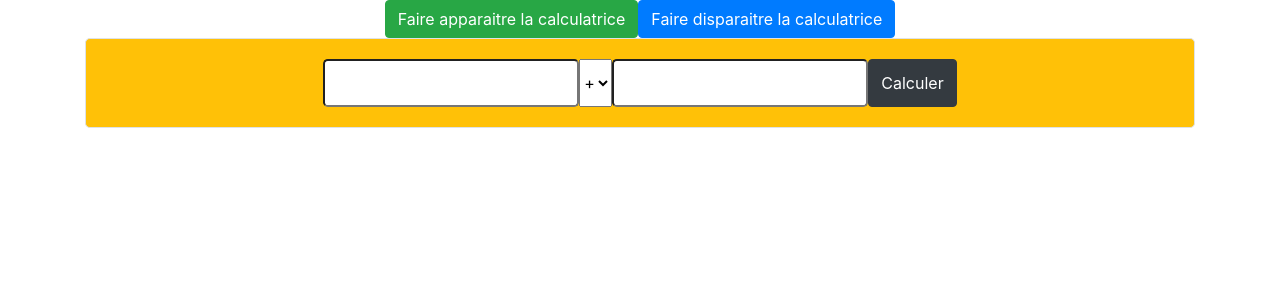
Repository: julieLyM/calculatrice
Page: calculatrice.html
The author's editor kept a copy of each file at every save. The page is drawn from the files as they stood at one save, then again after the next save.
The browser window is 1280 px wide. The pictures show the whole page.

Above is the page before, as saved 2020-12-08 15:17:02.

After the next save:
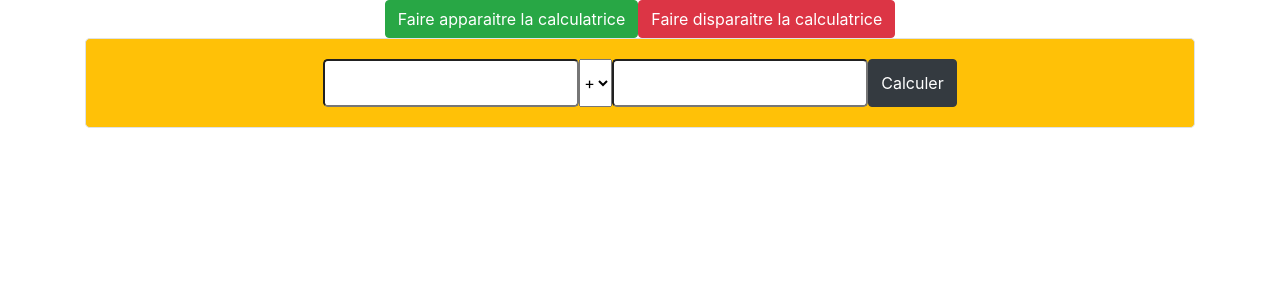
Saved 12 s later.
--- a/calculatrice.html
+++ b/calculatrice.html
@@ -13,7 +13,7 @@
 
         <div class="row justify-content-center" style="margin: 0 auto; text-align:center">
             <button class="btn btn-success" id="appear" >Faire apparaitre la calculatrice </button>
-            <button class="btn btn-primary" id="disapear">Faire disparaitre la calculatrice</button>
+            <button class="btn btn-danger" id="disapear">Faire disparaitre la calculatrice</button>
         </div>
 
 
